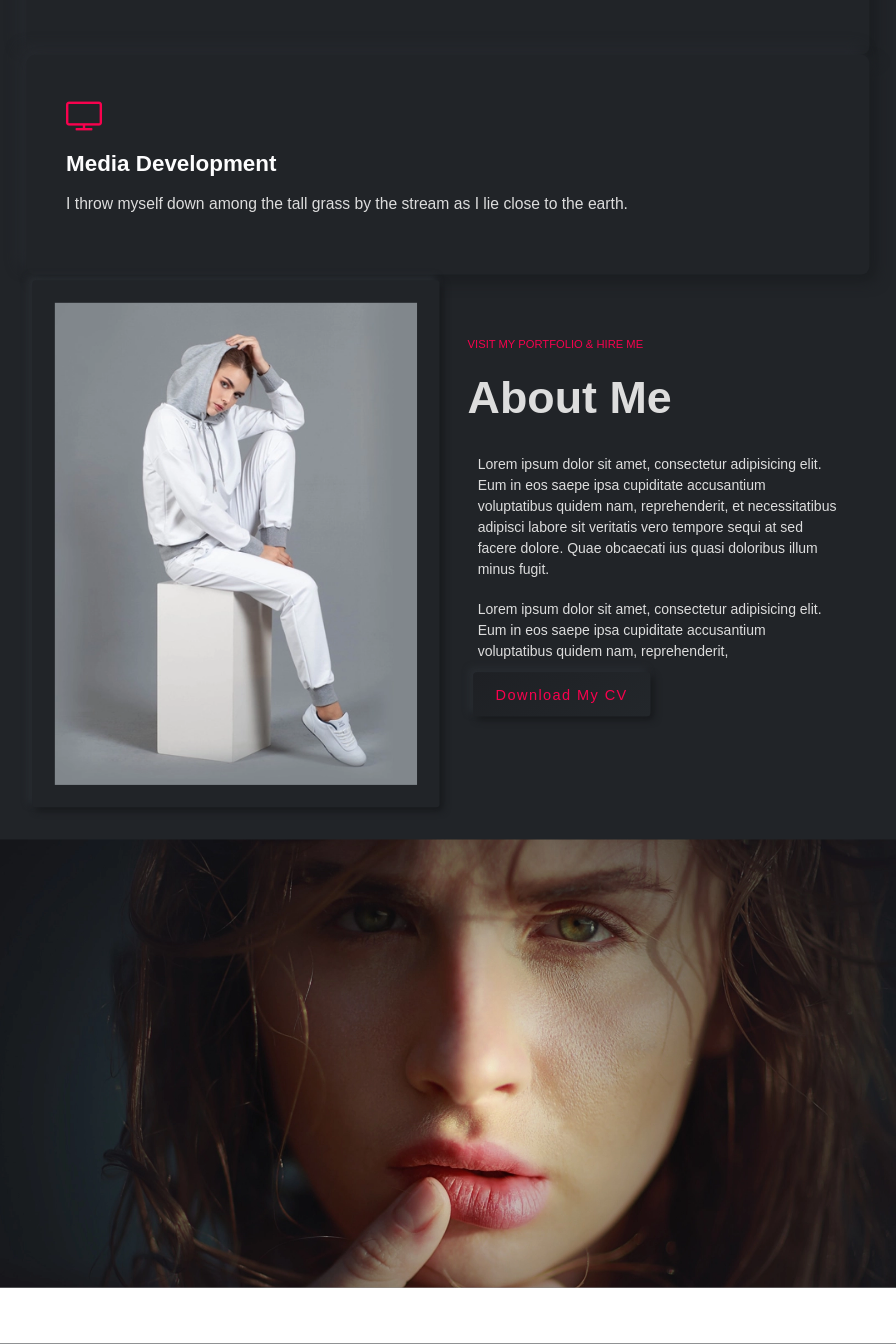
Repository: arminprogramme/inbio
Page: /
The author's editor kept a copy of each file at every save. The page is drawn from the files as they stood at one save, then again after the next save.
The browser window is 1280 px wide. The pictures show the part of the page from y = 1515 to 3435 px (the page is 3435 px tall before and 3385 px after), at 70% of full size.
Backgrounds fixed to the window are drawn as part of the page. Some web libraries are served in a nearby version. The project was rebuilt for these pictures with package versions that can differ from the ones it lists, and the page was loaded fresh each time. Also part of the build but not shown: vite.config.js.

Above is the page before, as saved 2023-10-20 04:27:39.

### index.html
<!doctype html>
<html lang="en">

<head>
    <meta charset="UTF-8" />
    <link rel="icon" type="image/svg+xml" href="/vite.svg" />
    <link rel="stylesheet" href="https://cdnjs.cloudflare.com/ajax/libs/font-awesome/4.7.0/css/font-awesome.min.css">
    <link href="https://cdnjs.cloudflare.com/ajax/libs/flowbite/1.8.1/flowbite.min.css" rel="stylesheet" />
    <meta name="viewport" content="width=device-width, initial-scale=1.0" />
    <title>Vite + React</title>
</head>

<body>
    <div id="root"></div>
    <script src="https://cdnjs.cloudflare.com/ajax/libs/flowbite/1.8.1/flowbite.min.js"></script>
    <script type="module" src="/src/main.jsx"></script>
</body>

</html>

### src/App.jsx
import   { Component } from 'react';
import LandingPage from './Component/LandingPage.jsx'
import './App.css'

class App extends Component {


  render() {
    return (
    <div>
      <LandingPage />
    </div>
    );
  }


}

export default App;

### src/index.css
:root {
    font-family: Inter, system-ui, Avenir, Helvetica, Arial, sans-serif;
}

a {
    font-weight: 500;
    color: #646cff;
    text-decoration: inherit;
}

* {
    padding: 0;
    margin: 0;
    box-sizing: border-box;
}

@tailwind base;
@tailwind components;
@tailwind utilities;
a:hover {
    color: #535bf2;
}

body {
    margin: 0;
    font-family: 'Vazir', sans-serif;
}

h1 {
    font-size: 3.2em;
    line-height: 1.1;
}

@media (prefers-color-scheme: light) {
     :root {
        color: #213547;
        background-color: #ffffff;
    }
    a:hover {
        color: #747bff;
    }
    button {
        background-color: #f9f9f9;
    }
}

### src/Component/LandingPage.jsx
import  { Component } from 'react';
import Header from './Header/Header.jsx'
import Body from './Body/Body.jsx'
//import Footer from './Footer/Footer.jsx'
class LandingPage extends Component {
    render() {
        return (
            <div>
                <Header/>
                <Body/>

            </div>
        );
    }
}

export default LandingPage;

### src/Component/Header/Header.jsx
import  { Component } from 'react';
import NavBar from './Navbar.jsx'
import './Header.css'
class Header extends Component {
    render() {
        return (
            <div>
                <NavBar/>
                <div className="banner-header text-center">
                    <h1 className='font-bold text-white'>KRISTINA SOMOLYER</h1>
                    <p>American Supermodel & Entrepreneur</p>
                </div>
            </div>
        );
    }
}

export default Header;

### src/Component/Body/Body.jsx
import  { Component } from 'react';
import Services from './Services/Services.jsx'
import About from './About/About.jsx'
import './Body.css'
class Body extends Component {
    render() {
        return (
            <>
            <div className='black-bg '>
                <div className="limit-width">
                    <Services/>
                    <About/>
                </div>
                <div className="girl-bg">

                </div>
            </div>
            </>
        );
    }
}

export default Body;

### src/Component/Header/Navbar.jsx
import  { Component } from 'react';

class Navbar extends Component {
    render() {
        return (
            <div>

<nav className=" black-bg">
  <div className="max-w-screen-xl flex flex-wrap items-center justify-between mx-auto p-6">
    <a href="https://.com/" className="flex items-center">
       <h2 className='text-white'>React Project</h2>
    </a>
    <button data-collapse-toggle="navbar-default" type="button"  className="inline-flex items-center p-2 w-10 h-10 justify-center text-sm text-white rounded-lg md:hidden " aria-controls="navbar-default" aria-expanded="false">
    <i className="fa fa-bars text-white"></i>

    </button>
    <div className="hidden w-full md:block md:w-auto" id="navbar-default">
      <ul className="font-medium flex flex-col p-4 md:p-0 mt-4 border border-gray-100 rounded-lg text-white md:flex-row md:space-x-8 md:mt-0 md:border-0 black-bg">
        <li>
          <a href="#" className="block py-2 pl-3 pr-4 text-white md:hover:text-gray-700 dark:text-white md:dark:hover:text-gray-500 rounded md:bg-transparent md:p-0 " aria-current="page">Home</a>
        </li>
        <li>
          <a href="#" className="block py-2 pl-3 pr-4 text-gray-900 rounded hover:bg-gray-100 md:hover:bg-transparent md:border-0 md:hover:text-gray-700 md:p-0 dark:text-white md:dark:hover:text-gray-500 dark:hover:bg-gray-700 dark:hover:text-white md:dark:hover:bg-transparent">About</a>
        </li>
        <li>
          <a href="#" className="block py-2 pl-3 pr-4 text-gray-900 rounded md:hover:text-gray-700 md:p-0 dark:text-white md:dark:hover:text-gray-500 dark:hover:bg-gray-700 dark:hover:text-white md:dark:hover:bg-transparent">Services</a>
        </li>
        <li>
          <a href="#" className="block py-2 pl-3 pr-4 text-gray-900 rounded hover:bg-gray-100 md:hover:bg-transparent md:border-0 md:hover:text-gray-700 md:p-0 dark:text-white md:dark:hover:text-gray-500 dark:hover:bg-gray-700 dark:hover:text-white md:dark:hover:bg-transparent">Pricing</a>
        </li>
        <li>
          <a href="#" className="block py-2 pl-3 pr-4 text-gray-900 rounded hover:bg-gray-100 md:hover:bg-transparent md:border-0md:hover:text-gray-700 md:p-0 dark:text-white md:dark:hover:text-gray-500 dark:hover:bg-gray-700 dark:hover:text-white md:dark:hover:bg-transparent">Contact</a>
        </li>
      </ul>
    </div>
  </div>
</nav>

            </div>
        );
    }
}

export default Navbar;

### src/Component/Header/Header.css
.black-bg {
    background-color: #212428;
}

.banner-header {
    background-image: url(../../../bg-image-12.webp);
    background-position: center;
    background-size: cover;
    padding: 20.25rem 0;
}

.banner-header h1 {
    letter-spacing: 6px;
    font-size: 3.2rem;
}

.banner-header p {
    letter-spacing: 6px;
    font-size: 1.2rem;
    padding: 2rem 0;
    color: #fff;
}

### src/Component/Body/Services/Services.jsx
import  { Component } from 'react';
import ServicesItem from './ServicesItem.jsx'
import './Services.css'
class Services extends Component {

    constructor(props){
        super(props)

        this.state = {
            services : [
                {id : 1 , icon : 'red-color fa fa-bars' , title : 'Web Development' , text : 'I throw myself down among the tall grass by the stream as I lie close to the earth.'},
                {id : 2 , icon : 'red-color fa fa-book' , title : 'App Development' , text : 'It uses a dictionary of over 200 Latin words, combined with a handful of model sentence.'},
                {id : 3 , icon : 'red-color fa fa-television' , title : 'Media Development' , text : 'I throw myself down among the tall grass by the stream as I lie close to the earth.'},
            ]
        }
    }
    render() {
        return (
            <div>
              <div className="grid  grid-cols-1 lg:grid-cols-3 gap-10">
              {this.state.services.map(services => {
                return <ServicesItem key={services.id} {...services} />
               })}
              </div>
            </div>
        );
    }
}

export default Services;

### src/Component/Body/About/About.jsx
import  { Component } from 'react';
import ButtonSpecial from '../Buttons/ButtonSpecial.jsx'
import   './About.css'
class About extends Component {

    constructor(props){
        super(props)

        this.state= {
            title : 'Download My CV'
        }
    }
    render() {
        return (
            <div>
                <div className="about-container my-52 grid grid-cols-1 lg:grid-cols-2 gap-2">
                    <div className="img-about">
                        <div className="inner-img-about">
                            <img src="about-5.webp" className='rounded' alt="" />
                        </div>
                    </div>
                    <div className="content-about">
                        <h5 className='red-color'>VISIT MY PORTFOLIO & HIRE ME</h5>
                        <h2>About Me</h2>
                        <p>Lorem ipsum dolor sit amet, consectetur adipisicing elit. Eum in eos saepe ipsa cupiditate accusantium voluptatibus quidem nam, reprehenderit, et necessitatibus adipisci labore sit veritatis vero tempore sequi at sed facere dolore. Quae obcaecati ius quasi doloribus illum minus fugit.</p>
                        <p>Lorem ipsum dolor sit amet, consectetur adipisicing elit. Eum in eos saepe ipsa cupiditate accusantium voluptatibus quidem nam, reprehenderit,</p>

                       <div className="mx-2 button-about">
                       <ButtonSpecial title={this.state.title}/>
                       </div>
                    </div>
                </div>
            </div>
        );
    }
}

export default About;

### src/Component/Body/Body.css
.limit-width {
    max-width: 1450px;
    padding: 6rem 3% 3%;
    margin: auto;
}

.girl-bg {
    background-image: url(../../../bg-image-8.webp);
    padding: 20em;
    background-attachment: fixed;
    background-size: cover;
    background-position: center;
    margin-bottom: 5rem;
}

### src/Component/Body/Services/ServicesItem.jsx
import { Component } from 'react';

class ServicesItem extends Component {
    render() {
        return (
            <div className='services-item'>
                <div className="icon-services">
                    <i className={this.props.icon}></i>
                </div>
                <div className="content-services">
                <h2 className='font-bold'>{this.props.title}</h2>
                <p>{this.props.text}</p>
                </div>
            </div>
        );
    }
}

export default ServicesItem;

### src/Component/Body/Services/Services.css
.icon-services i {
    font-size: 3rem;
}

.red-color {
    color: #f8024e;
}

.content-services {
    padding: 1.2rem 0;
    color: #FDFDFE;
}

.content-services h2 {
    font-size: 2rem;
    padding-bottom: 1rem;
}

.content-services p {
    line-height: 2.25rem;
    font-size: 1.4rem;
}

.services-item {
    border-radius: 12px;
    transition: 0.5s!important;
    padding: 4rem 3.5rem;
    background: #212428;
    box-shadow: 10px 10px 20px #1b1e21, -10px -10px 20px #272a2f;
    -webkit-transition: 0.5s!important;
    -moz-transition: 0.5s!important;
    -ms-transition: 0.5s!important;
    -o-transition: 0.5s!important;
    cursor: pointer;
}

.services-item:hover {
    border-radius: 12px;
    transform: translateY(-1.2rem);
    transition: 0.5s!important;
    background: linear-gradient(145deg, #23272b, #16171a);
    box-shadow: 10px 10px 13px #1b1e21, -10px -10px 13px #272a2f;
    -webkit-transition: 0.5s!important;
    -moz-transition: 0.5s!important;
    -ms-transition: 0.5s!important;
    -o-transition: 0.5s!important;
    -webkit-transform: translateY(-1.2rem);
    -moz-transform: translateY(-1.2rem);
    -ms-transform: translateY(-1.2rem);
    -o-transform: translateY(-1.2rem);
}

### src/Component/Body/Buttons/ButtonSpecial.jsx
import  { Component } from 'react';
import   './Buttons.css'
class ButtonSpecial extends Component {
    render() {
        return (
           <button className='sp-button red-color'>{this.props.title}</button>
        );
    }
}

export default ButtonSpecial;

### src/Component/Body/About/About.css
.inner-img-about,
.img-about {
    padding: 0.5rem;
    border-radius: 5px;
    max-width: 100%;
}

.inner-img-about {
    border-radius: 5px;
    background: #212428;
    box-shadow: 5px 5px 10px #17191c, -5px -5px 10px #2b2f34;
    -webkit-border-radius: 5px;
    -moz-border-radius: 5px;
    -ms-border-radius: 5px;
    -o-border-radius: 5px;
}

.inner-img-about img {
    width: 100%;
    border-radius: 5px!important;
    -webkit-border-radius: 5px!important;
    -moz-border-radius: 5px!important;
    padding: 1.5rem;
    -ms-border-radius: 5px!important;
    -o-border-radius: 5px!important;
}

.inner-img-about:hover {
    transform: scale(1.1);
    -webkit-transform: scale(1.1);
    -moz-transform: scale(1.1);
    -ms-transform: scale(1.1);
    -o-transform: scale(1.1);
}

.content-about {
    margin: 5.5rem 1.5rem;
}

.content-about h2,
p {
    color: #ddd;
}

.content-about h2 {
    font-size: 4rem;
    padding: 1rem 0;
    font-weight: bold;
}

.content-about p {
    font-size: 1.25rem;
    padding: 0.9rem;
}

### src/Component/Body/Buttons/Buttons.css
.sp-button {
    border-radius: 5px;
    background: linear-gradient(145deg, #1e2024, #23272b);
    box-shadow: 5px 5px 10px #17191c, -5px -5px 10px #2b2f34;
    padding: 1rem 2rem;
    font-size: 1.3rem;
    -webkit-border-radius: 5px;
    -moz-border-radius: 5px;
    letter-spacing: 2px;
    -ms-border-radius: 5px;
    transition: 0.3s;
    -o-border-radius: 5px;
    -webkit-transition: 0.3s;
    -moz-transition: 0.3s;
    -ms-transition: 0.3s;
    -o-transition: 0.3s;
}

.sp-button:hover {
    transition: 0.3s;
    border-radius: 5px;
    transform: translateY(-3px);
    background: linear-gradient(145deg, #23272b, #1e2024);
    box-shadow: 5px 5px 10px #17191c, -5px -5px 10px #2b2f34;
    -webkit-border-radius: 5px;
    -moz-border-radius: 5px;
    -ms-border-radius: 5px;
    -o-border-radius: 5px;
    -webkit-transition: 0.3s;
    -moz-transition: 0.3s;
    -ms-transition: 0.3s;
    -o-transition: 0.3s;
    -webkit-transform: translateY(-3px);
    -moz-transform: translateY(-3px);
    -ms-transform: translateY(-3px);
    -o-transform: translateY(-3px);
}

Loaded but not shown: src/main.jsx (common file); src/App.css (common file)

After the next save:
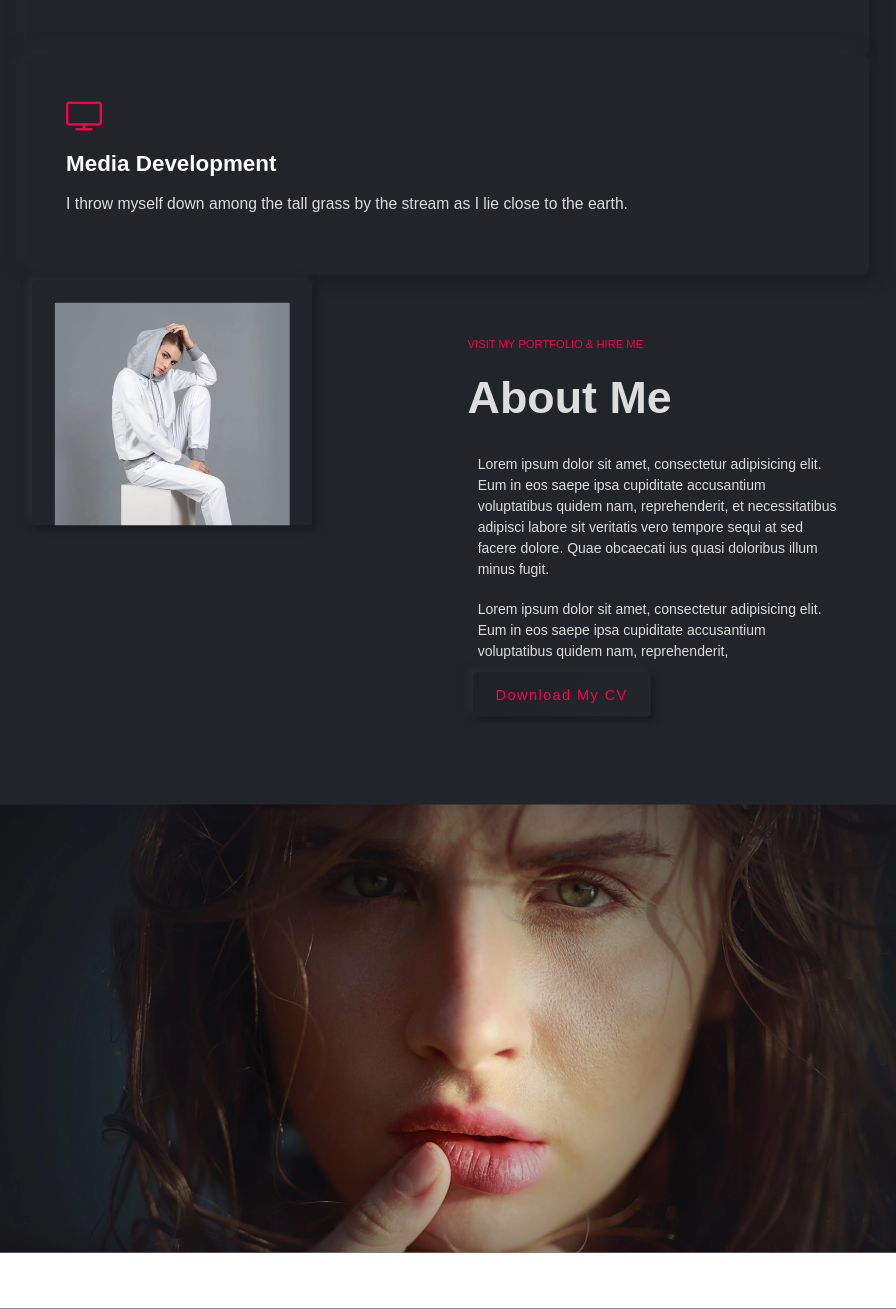
Saved 22 s later.
--- a/src/Component/Body/About/About.css
+++ b/src/Component/Body/About/About.css
@@ -12,6 +12,9 @@
     -webkit-border-radius: 5px;
     -moz-border-radius: 5px;
     -ms-border-radius: 5px;
+    width: 400px;
+    height: 350px;
+    overflow: hidden;
     -o-border-radius: 5px;
 }
 

After the save that followed:
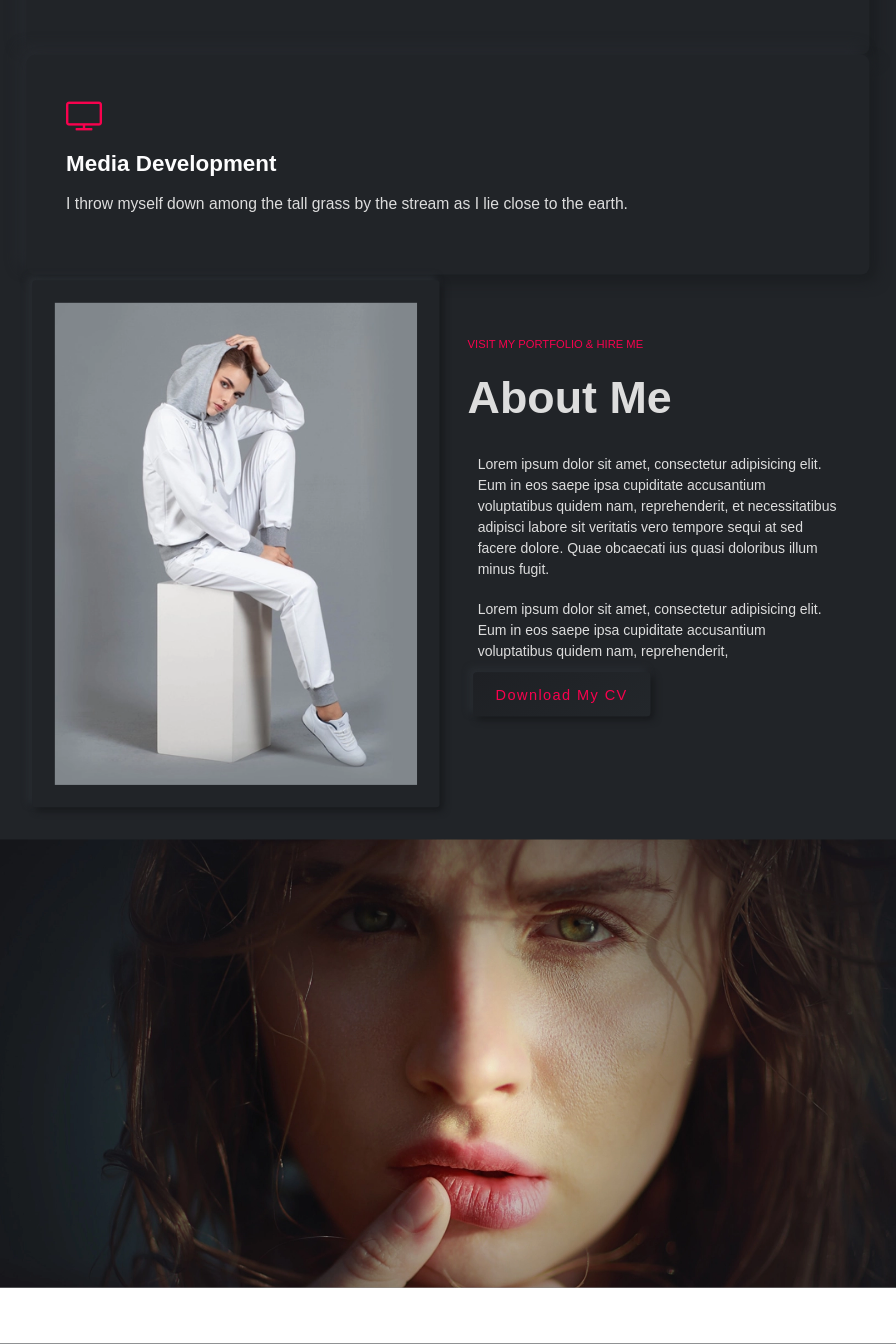
Saved 20 s later.
--- a/src/Component/Body/About/About.css
+++ b/src/Component/Body/About/About.css
@@ -12,9 +12,6 @@
     -webkit-border-radius: 5px;
     -moz-border-radius: 5px;
     -ms-border-radius: 5px;
-    width: 400px;
-    height: 350px;
-    overflow: hidden;
     -o-border-radius: 5px;
 }
 
